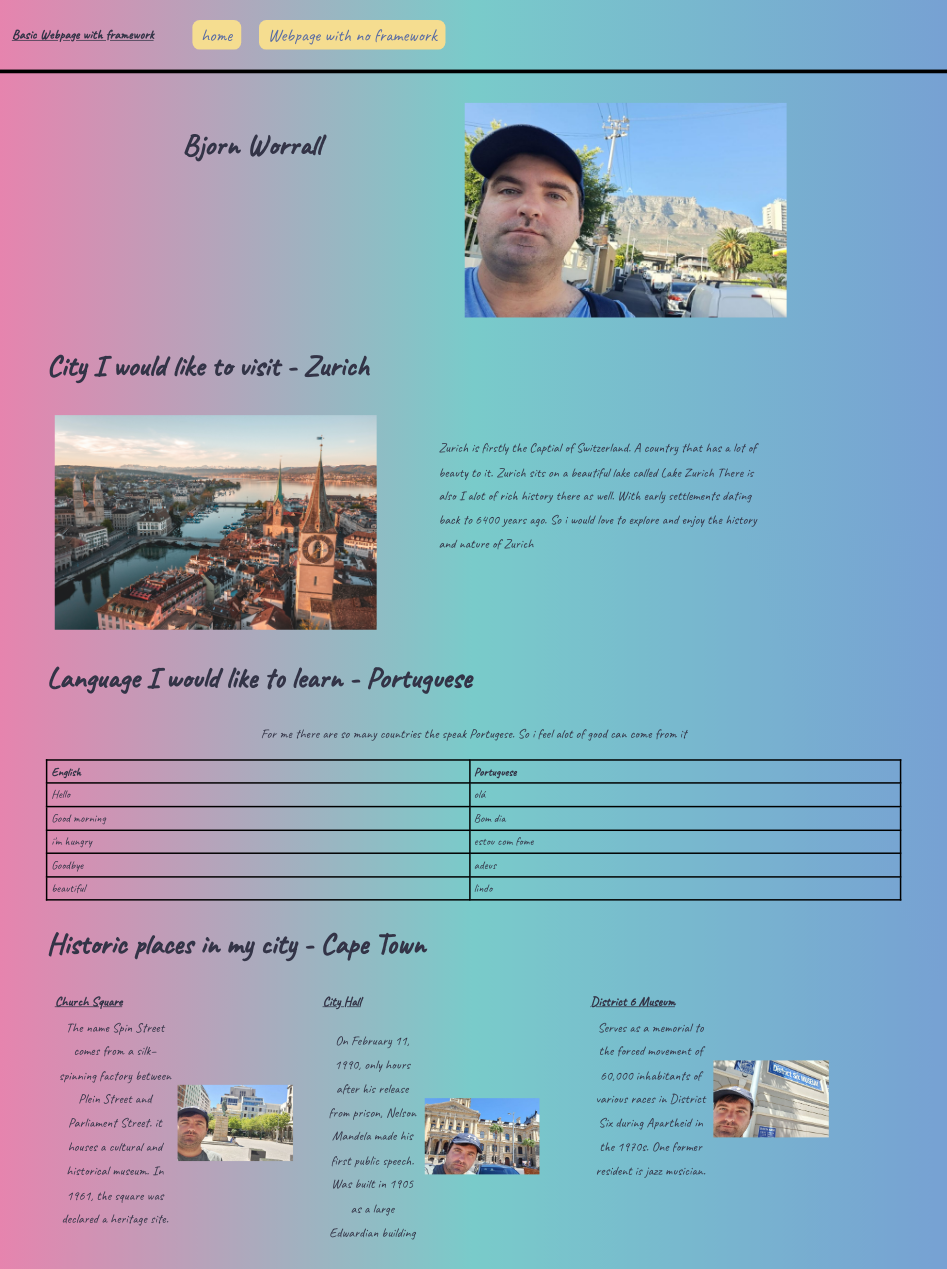
Repository: lasity34/basic-webpage
Page: my - webpage - grid.html
An editor plug-in stored every save of this project. The page is shown before and after the next save, followed by the edit.
The browser window is 1280 px wide. The pictures show the whole page, at 74% of full size.

Above is the page before, as saved 2023-03-07 14:26:52.

After the next save:
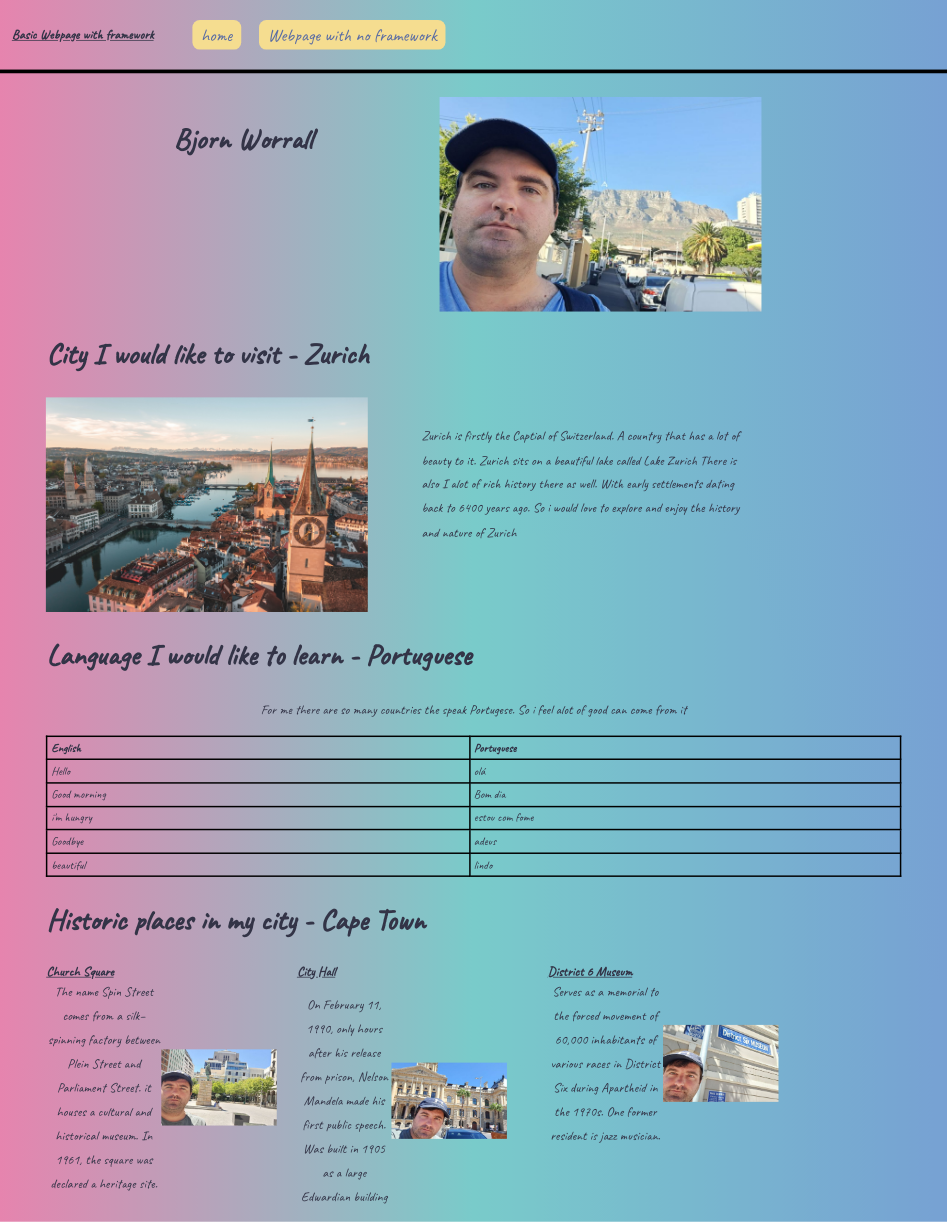
Saved 4 min 35 s later.
--- a/simple-grid.css
+++ b/simple-grid.css
@@ -442,6 +442,11 @@
     align-items: center;
   }
 
-
-
-}
+  .row [class^="col"] {
+
+    margin: 0
+
+  }
+
+
+}

After the 2 saves that followed:
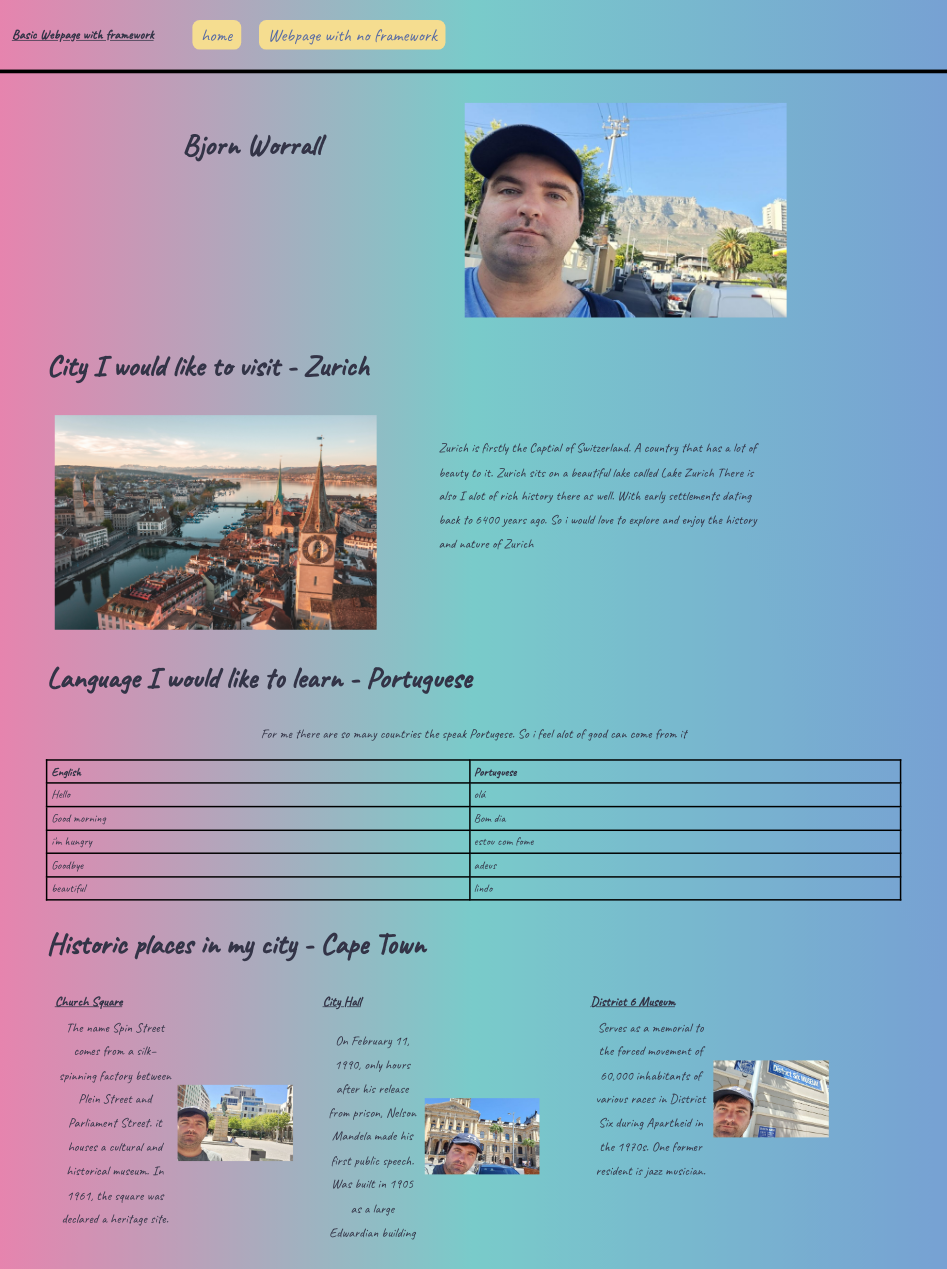
The 2 saves are shown as one change because 1 left the picture as it was.
The last was saved 34 s later.
--- a/simple-grid.css
+++ b/simple-grid.css
@@ -442,11 +442,6 @@
     align-items: center;
   }
 
-  .row [class^="col"] {
-
-    margin: 0
-
-  }
-
-
-}
+
+
+}
